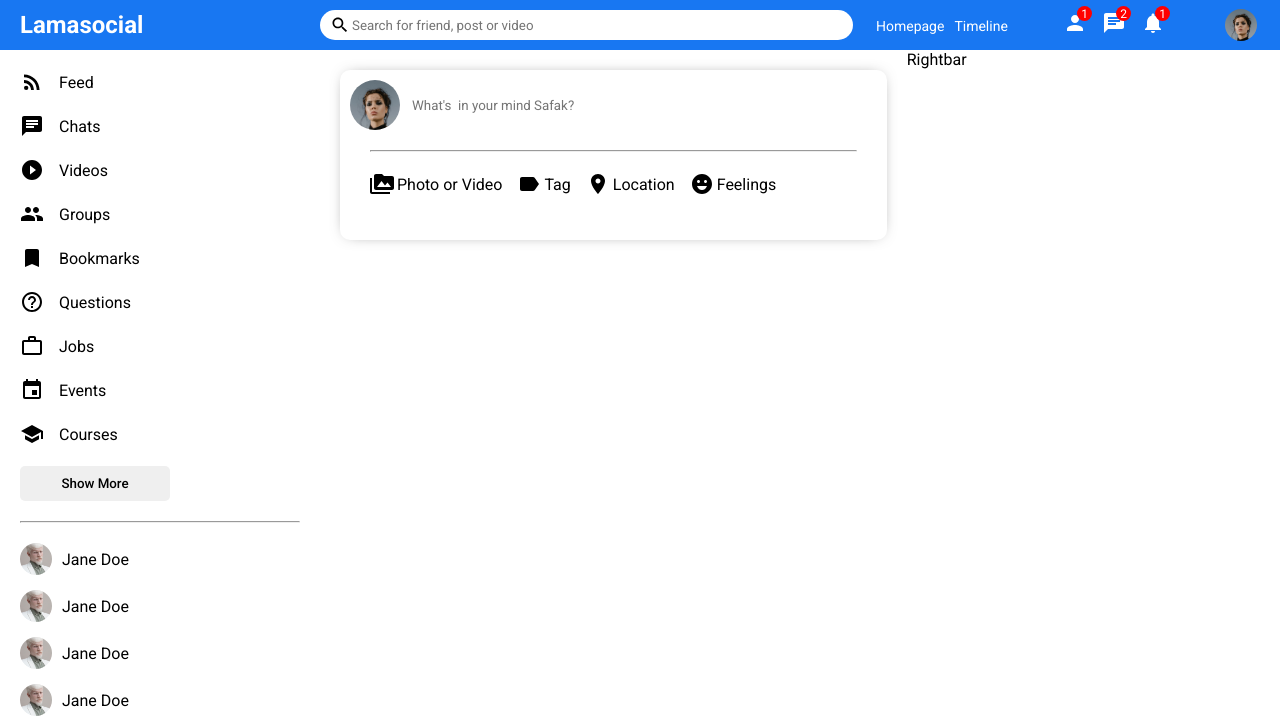
Repository: nazlinres01/react-social
Page: / (app in client/)
These files come from the project's save history. The page is drawn as it stood at one moment and after the next save; the edit follows.
The browser window is 1280 px wide. The pictures show the whole page.
The project was rebuilt for these pictures with package versions that can differ from the ones it lists, and the page was loaded fresh each time.

Above is the page before, as saved 2024-06-12 14:32:54.

After the next save:
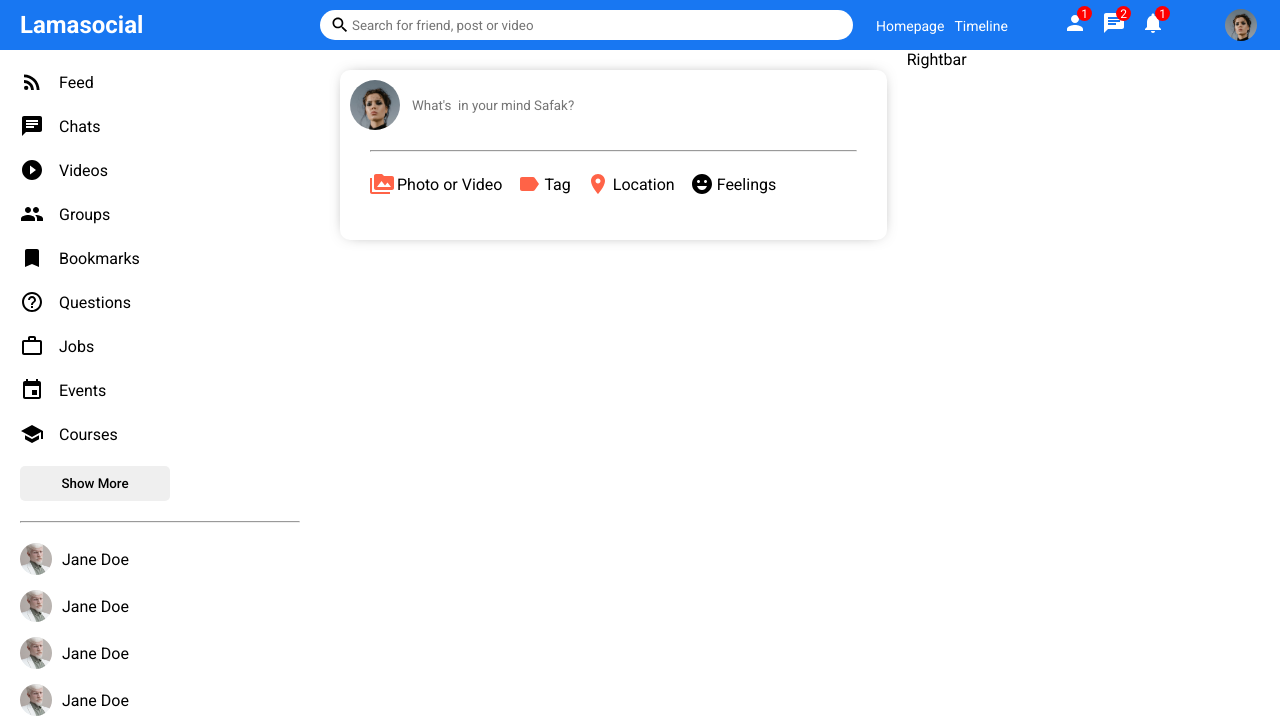
Saved 83 s later.
--- a/client/src/components/share/Share.jsx
+++ b/client/src/components/share/Share.jsx
@@ -13,19 +13,19 @@ export default function Share() {
                 <div className="shareBottom">
                     <div className="shareOptions">
                         <div className="shareOption">
-                            <PermMedia className="shareIcon" />
+                            <PermMedia htmlColor="tomato" className="shareIcon" />
                             <span className="shareOptionText">Photo or Video</span>
                         </div>
                         <div className="shareOption">
-                            <Label className="shareIcon" />
+                            <Label htmlColor="tomato" className="shareIcon" />
                             <span className="shareOptionText">Tag</span>
                         </div>
                         <div className="shareOption">
-                            <Room className="shareIcon" />
+                            <Room htmlColor="tomato" className="shareIcon" />
                             <span className="shareOptionText">Location</span>
                         </div>
                         <div className="shareOption">
-                            <EmojiEmotions className="shareIcon" />
+                            <EmojiEmotions html Color="tomato" className="shareIcon" />
                             <span className="shareOptionText">Feelings</span>
                         </div>
                     </div>
